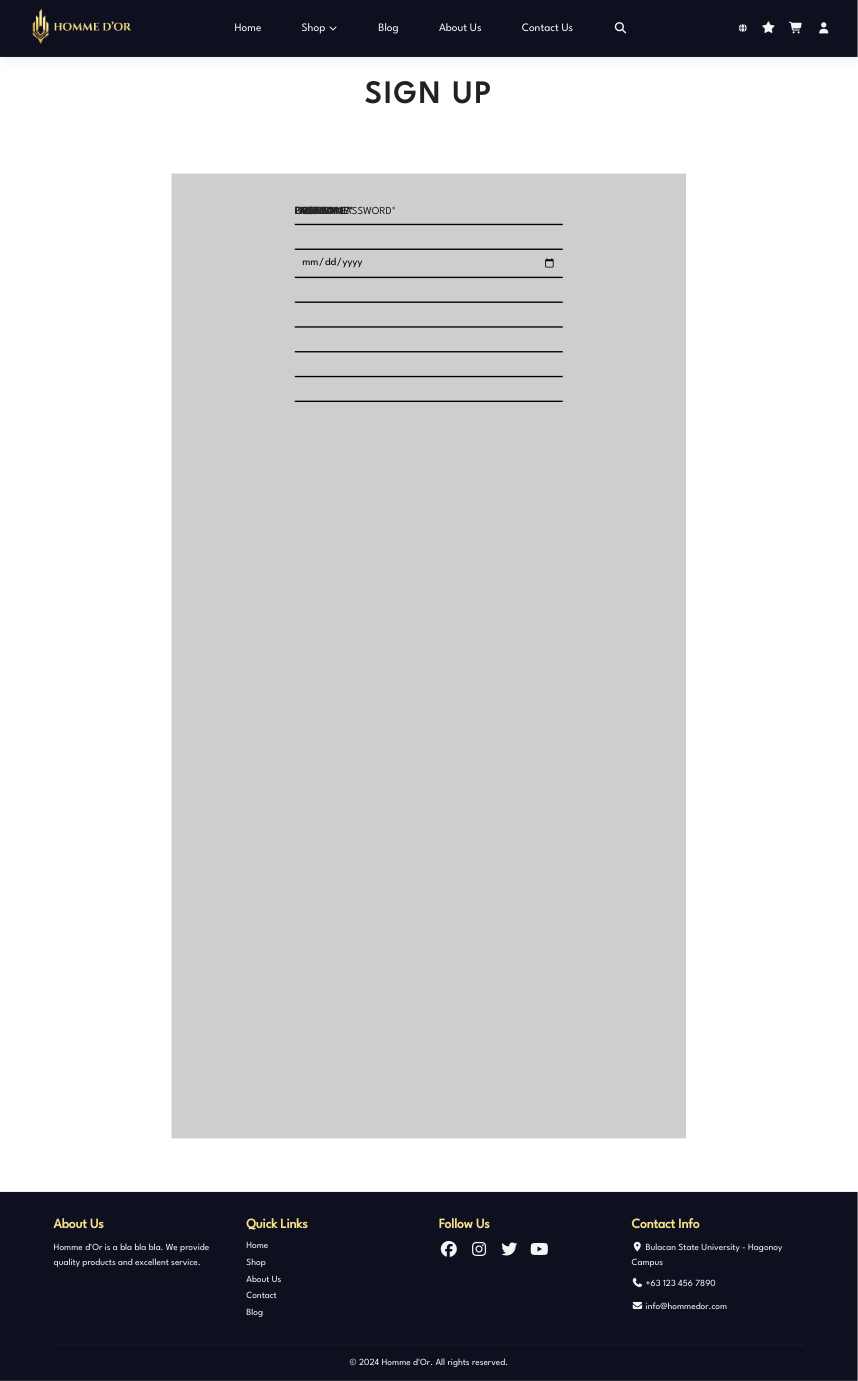
Repository: Izy-Blinken/Homme-d-Or
Page: http://localhost/Homme_dor/pages/signup.php?country=ph
These files come from the project's save history. The page is drawn as it stood at one moment and after the next save; the edit follows.
The browser window is 1280 px wide. The pictures show the whole page, at 67% of full size.
The page is run by PHP 8.4 with error messages shown; the project is at /var/www/html/.

Above is the page before, as saved 2026-01-24 20:06:53.

After the next save:
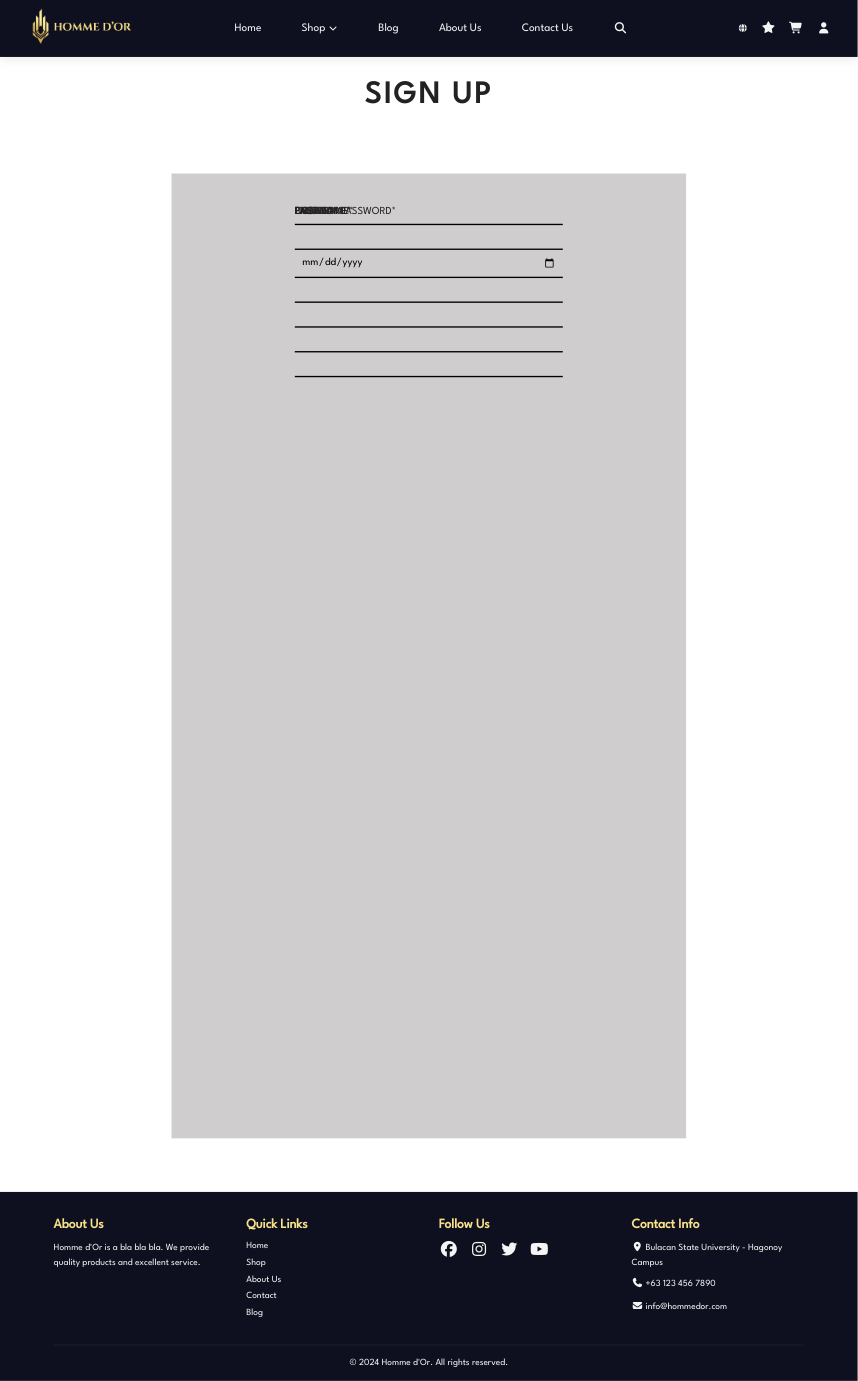
Saved 4 s later.
--- a/pages/signup.php
+++ b/pages/signup.php
@@ -40,8 +40,7 @@
                     <input type="password" required>
                     <label>CONFIRM PASSWORD*</label>
 
-                    <input type="text" required>
-                    <label>FIRST NAME*</label>
+
 
                 </div>
 
